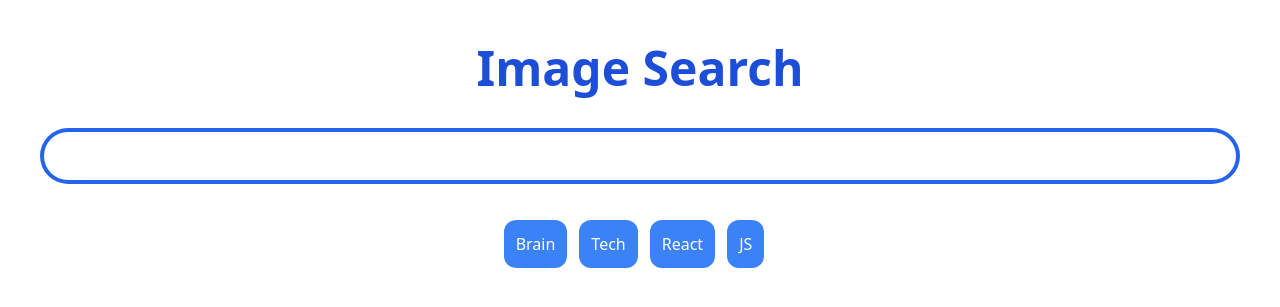
Repository: rkrukshan/react-image-gallery
Page: /
These files come from the project's save history. The page is drawn as it stood at one moment and after a run of saves; the edit follows.
The browser window is 1280 px wide. The pictures show the whole page.
The project was rebuilt for these pictures with package versions that can differ from the ones it lists, and the page was loaded fresh each time. Also part of the build but not shown: vite.config.js.

Above is the page before, as saved 2025-01-07 12:54:56.

After the next 3 saves:
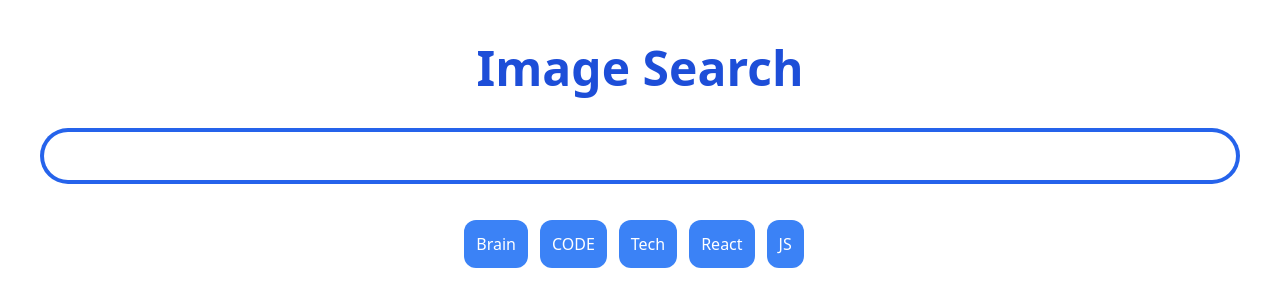
The 3 saves are shown as one change because they came seconds apart.
The last was saved 7 s later.
--- a/src/assets/components/Gallery.jsx
+++ b/src/assets/components/Gallery.jsx
@@ -5,13 +5,28 @@ export default function Gallery() {
         Image Search
       </h1>
       <div className="mt-10">
-        <input type="search" className="w-full rounded-full ring-4 ring-blue-600 p-3" />
+        <input
+          type="search"
+          className="w-full rounded-full ring-4 ring-blue-600 p-3"
+        />
       </div>
       <div className="flex justify-center mt-10">
-        <button className="bg-blue-500 text-white p-3 mr-3 rounded-xl">Brain</button>
-        <button className="bg-blue-500 text-white p-3 mr-3 rounded-xl">Tech</button>
-        <button className="bg-blue-500 text-white p-3 mr-3 rounded-xl">React</button>
-        <button className="bg-blue-500 text-white p-3 mr-3 rounded-xl">JS</button>
+        <button className="bg-blue-500 text-white p-3 mr-3 rounded-xl">
+          Brain
+        </button>
+        <button className="bg-blue-500 text-white p-3 mr-3 rounded-xl">
+          CODE
+        </button>
+
+        <button className="bg-blue-500 text-white p-3 mr-3 rounded-xl">
+          Tech
+        </button>
+        <button className="bg-blue-500 text-white p-3 mr-3 rounded-xl">
+          React
+        </button>
+        <button className="bg-blue-500 text-white p-3 mr-3 rounded-xl">
+          JS
+        </button>
       </div>
     </div>
   );
